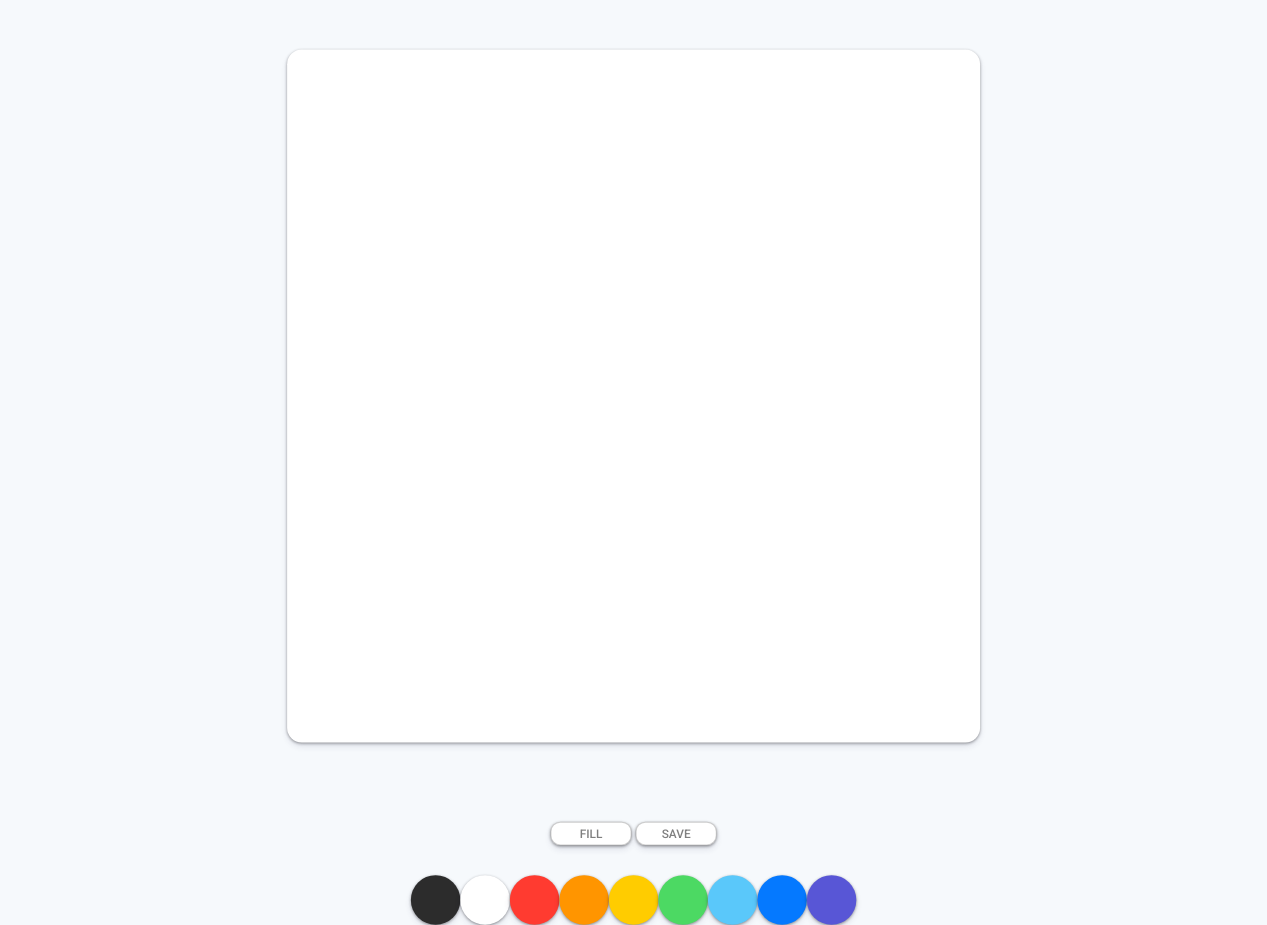
Repository: haleyjung/paintjs
Page: index.html
An editor plug-in stored every save of this project. The page is shown before and after the next save, followed by the edit.
The browser window is 1280 px wide. The pictures show the whole page, at 99% of full size.

Above is the page before, as saved 2020-11-24 22:59:43.

After the next save:
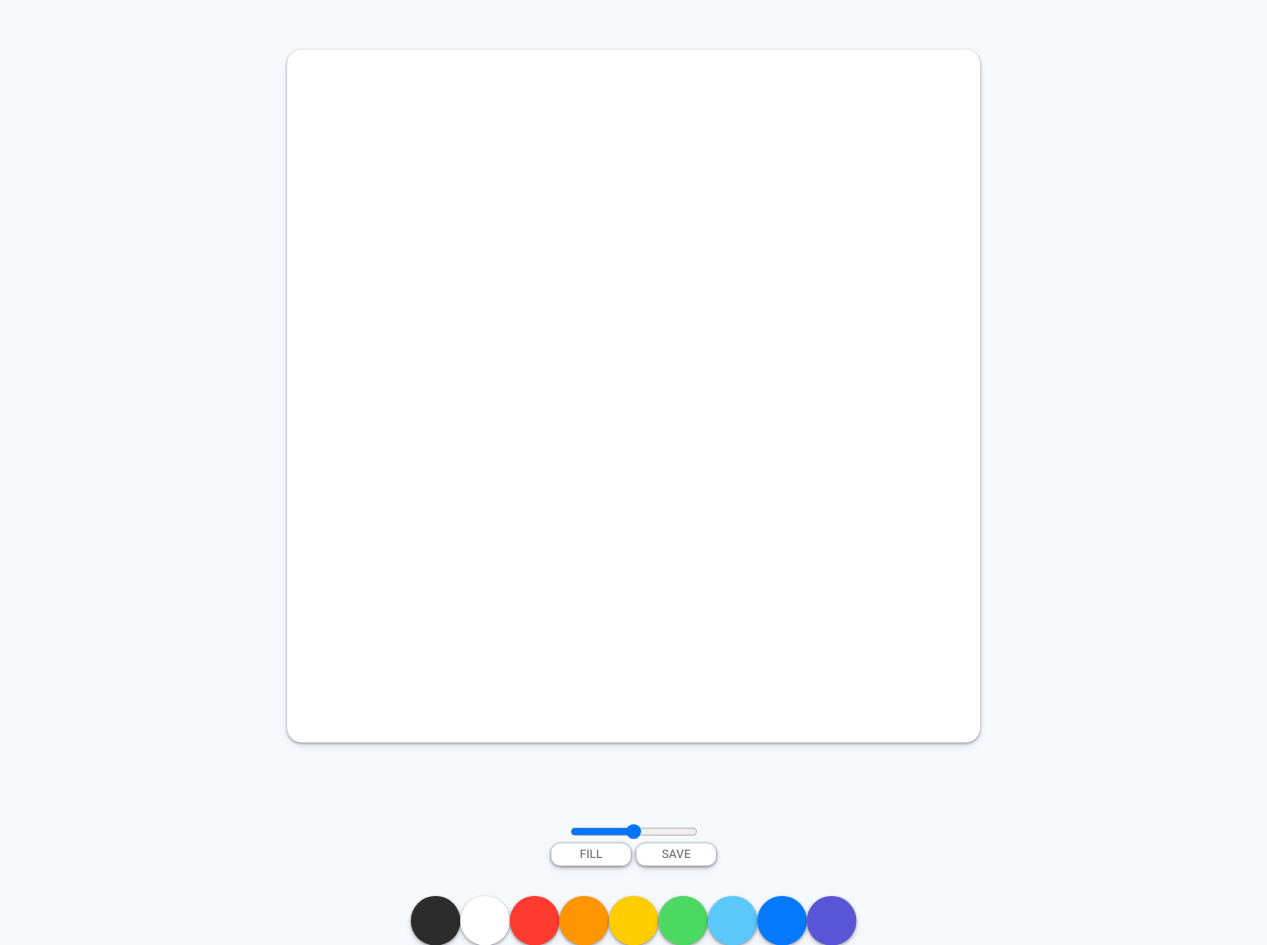
Saved 43 s later.
--- a/index.html
+++ b/index.html
@@ -11,6 +11,10 @@
     <canvas id="jsCanvas" class="canvas"></canvas>
 
     <div class="controls">
+        <!-- Range Input -->
+        <div class="controls__range">
+            <input type="range" id="jsRange">
+        </div>
 
         <!-- Buttons -->
         <div class="controls__btns">
